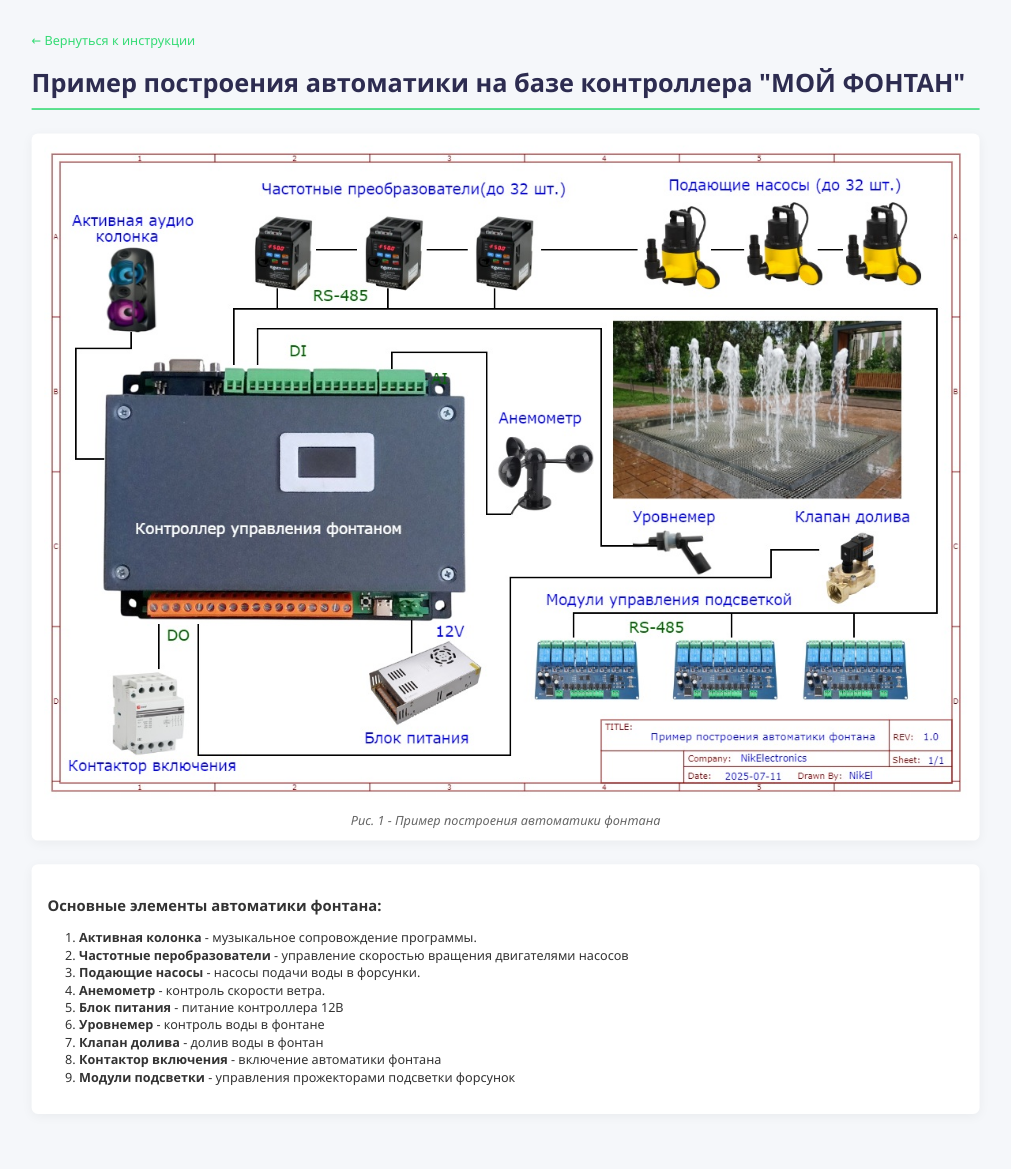
Repository: NikElectronics/fountain_manual
Page: pinout.html
An editor plug-in stored every save of this project. The page is shown before and after the next save, followed by the edit.
The browser window is 1280 px wide. The pictures show the whole page, at 79% of full size.

Above is the page before, as saved 2025-07-14 10:01:59.

### pinout.html
<!DOCTYPE html>
<html lang="ru">

<head>
    <meta charset="UTF-8">
    <meta name="viewport" content="width=device-width, initial-scale=1.0">
    <title>Pinout</title>
    <style>
        :root {
            --primary-color: #2d2c50;
            --secondary-color: #34db74;
            --light-gray: #f5f7fa;
            --white: #ffffff;
        }

        body {
            font-family: 'Segoe UI', Tahoma, Geneva, Verdana, sans-serif;
            margin: 0;
            padding: 0;
            background-color: var(--light-gray);
            color: #333;
        }

        .container {
            max-width: 1200px;
            margin: 0 auto;
            padding: 40px;
        }

        h1 {
            color: var(--primary-color);
            border-bottom: 2px solid var(--secondary-color);
            padding-bottom: 12px;
            margin-top: 0;
        }

        .back-link {
            display: inline-block;
            margin-bottom: 20px;
            color: var(--secondary-color);
            text-decoration: none;
            font-weight: 500;
        }

        .back-link:hover {
            text-decoration: underline;
        }

        .screenshot-container {
            text-align: center;
            margin: 30px 0;
            padding: 15px;
            background: var(--white);
            border-radius: 8px;
            box-shadow: 0 3px 15px rgba(0, 0, 0, 0.05);
        }

        .screenshot {
            max-width: 100%;
            height: auto;
            border-radius: 6px;
        }

        .caption {
            font-style: italic;
            color: #666;
            margin-top: 10px;
        }

        .description {
            background: var(--white);
            padding: 20px;
            border-radius: 8px;
            margin: 30px 0;
            box-shadow: 0 3px 15px rgba(0, 0, 0, 0.05);
        }
    </style>
</head>

<body>
    <div class="container">
        <a href="index.html" class="back-link">← Вернуться к инструкции</a>

        <h1>Пример построения автоматики на базе контроллера "МОЙ ФОНТАН"</h1>

        <div class="screenshot-container">
            <img src="screenshots/controller_image.jpg" alt="Изображение контроллера" class="screenshot">
            <div class="caption">Рис. 1 - Пример построения автоматики фонтана</div>
        </div>

        <div class="description">
            <h3>Основные элементы автоматики фонтана:</h3>
            <ol>
                <li><strong>Активная колонка</strong> - музыкальное сопровождение программы.</li>
                <li><strong>Частотные перобразователи</strong> - управление скоростью вращения двигателями насосов</li>
                <li><strong>Подающие насосы</strong> - насосы подачи воды в форсунки.</li>
                <li><strong>Анемометр</strong> - контроль скорости ветра.</li>
                <li><strong>Блок питания</strong> - питание контроллера 12В</li>
                <li><strong>Уровнемер</strong> - контроль воды в фонтане</li>
                <li><strong>Клапан долива</strong> - долив воды в фонтан</li>
                <li><strong>Контактор включения</strong> - включение автоматики фонтана</li>
                <li><strong>Модули подсветки</strong> - управления прожекторами подсветки форсунок</li>
            </ol>
        </div>
    </div>
</body>

</html>

After the next save:
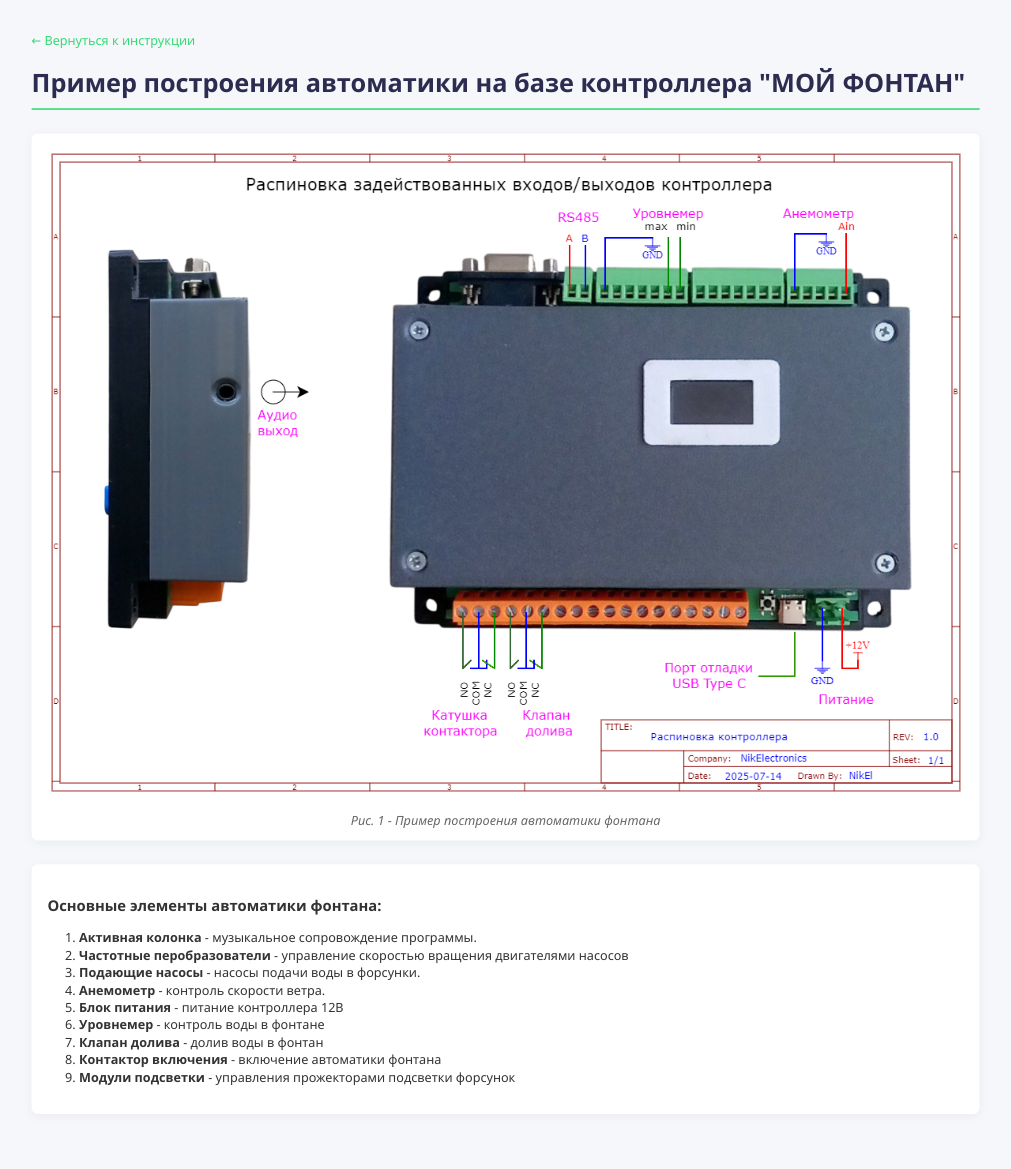
Saved 4 min 36 s later.
--- a/pinout.html
+++ b/pinout.html
@@ -84,7 +84,7 @@
         <h1>Пример построения автоматики на базе контроллера "МОЙ ФОНТАН"</h1>
 
         <div class="screenshot-container">
-            <img src="screenshots/controller_image.jpg" alt="Изображение контроллера" class="screenshot">
+            <img src="screenshots/pinout.png" alt="Изображение контроллера" class="screenshot">
             <div class="caption">Рис. 1 - Пример построения автоматики фонтана</div>
         </div>
 
